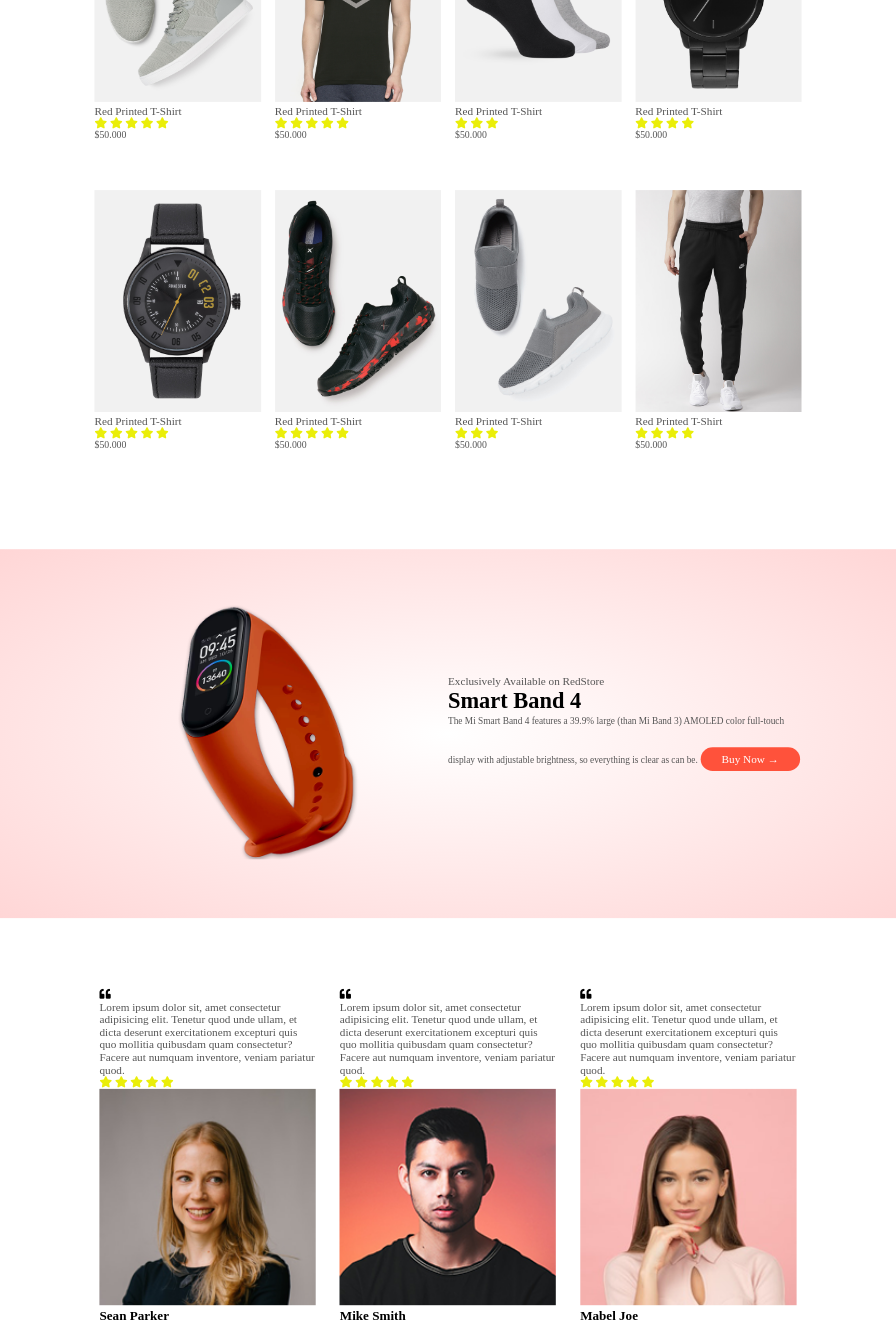
Repository: tuan21052000/Frontend
Page: index.html
These files come from the project's save history. The page is drawn as it stood at one moment and after the next save; the edit follows.
The browser window is 1280 px wide. The pictures show the part of the page from y = 2202 to 4122 px (the page is 4122 px tall before and 3963 px after), at 70% of full size.

Above is the page before, as saved 2022-05-08 21:02:57.

After the next save:
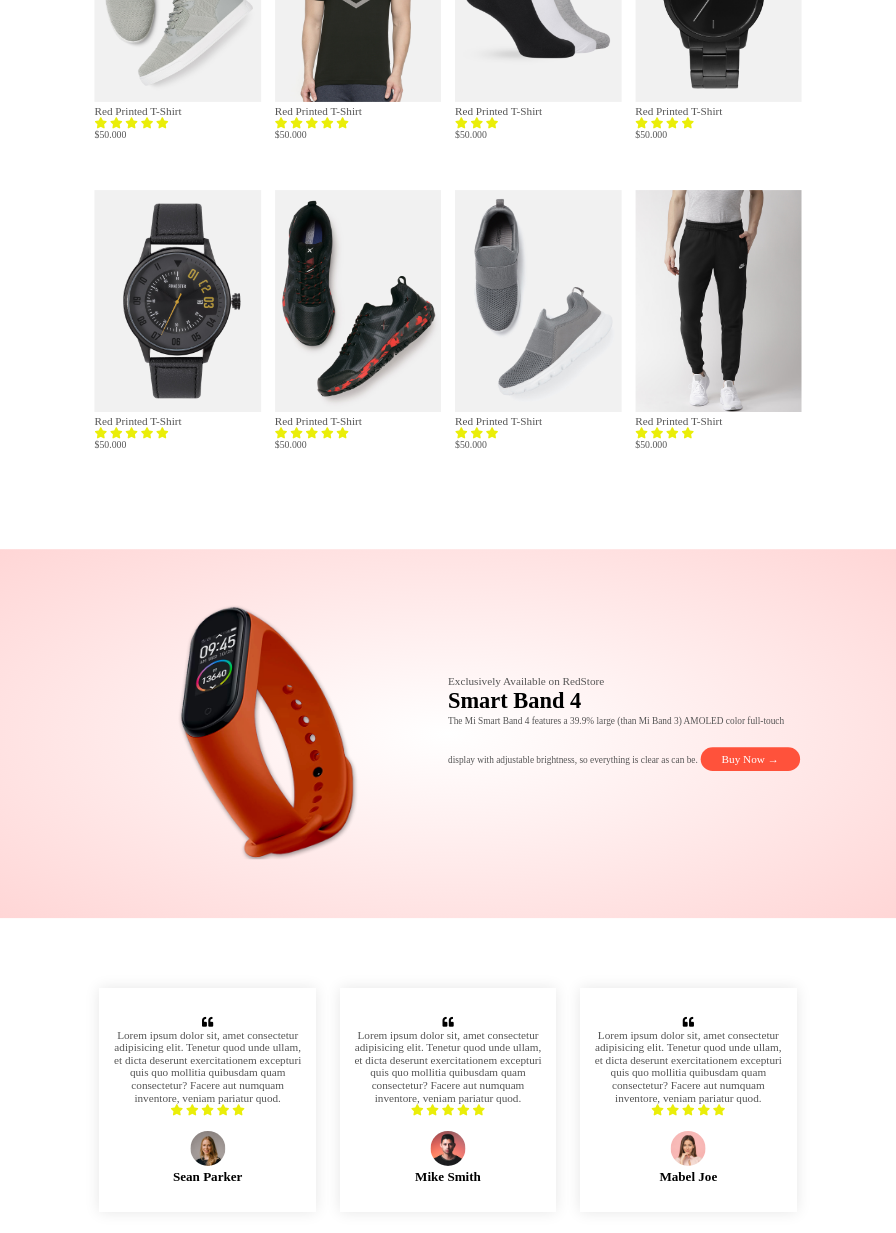
Saved 38 s later.
--- a/style.css
+++ b/style.css
@@ -139,14 +139,14 @@
 .testimonial{
     padding-top: 100px;
 }
-.testimonial col-3 {
+.testimonial .col-3 {
     text-align: center;
     padding: 40px 20px;
     box-shadow: 0 0 20px 0px rgba(0,0,0,0.1);
     cursor: pointer;
     transition: transform 0.5s;
 }
-.testimonial col-3 img{
+.testimonial .col-3 img{
     width: 50px;
     margin-top: 20px;
     border-radius: 50%;
